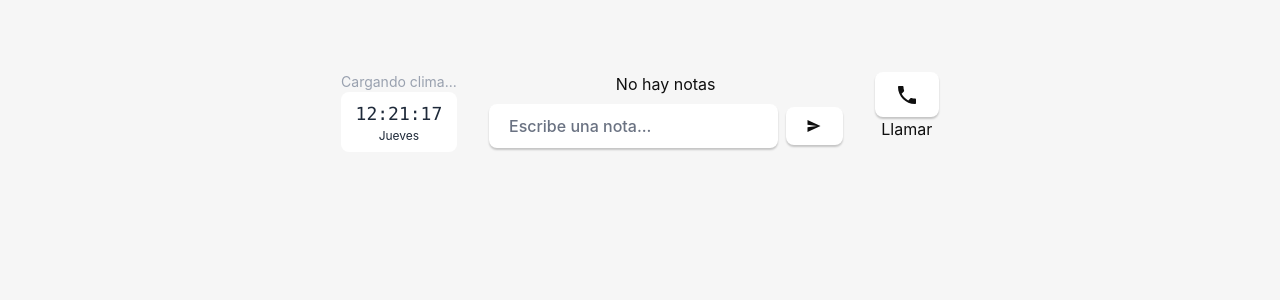
Repository: CodeByEvans/my-romantic-widget
Page: /
These files come from the project's save history. The page is drawn as it stood at one moment and after the next save; the edit follows.
The browser window is 1280 px wide. The pictures show the whole page.
The page's requests for data from a server got no answer. The project was rebuilt for these pictures with package versions that can differ from the ones it lists, and the page was loaded fresh each time. No one was signed in, and anything a server would have sent is missing. Also part of the build but not shown: vite.config.ts.

Above is the page before, as saved 2025-11-06 12:30:02.

### src/App.tsx
import "./App.css";
import CallButton from "./components/CallButton";
import { Clock } from "./components/Clock";
import { NoteInput } from "./components/NoteInput";
import { NotesList } from "./components/NotesList";
import { WeatherWidget } from "./components/WeatherWidget";

function App() {
  return (
    <main className="container mx-auto p-4">
      <section className="flex flex-row gap-8  max-w-4xl mx-auto">
        <div>
          <WeatherWidget />
          <Clock />
        </div>

        <div>
          <NotesList />
          <NoteInput />
        </div>
        <div>
          <CallButton />
        </div>
      </section>
    </main>
  );
}

export default App;

### src/App.css
@import "tailwindcss";

.logo.vite:hover {
  filter: drop-shadow(0 0 2em #747bff);
}

.logo.react:hover {
  filter: drop-shadow(0 0 2em #61dafb);
}
:root {
  font-family: Inter, Avenir, Helvetica, Arial, sans-serif;
  font-size: 16px;
  line-height: 24px;
  font-weight: 400;

  color: #0f0f0f;
  background-color: #f6f6f6;

  font-synthesis: none;
  text-rendering: optimizeLegibility;
  -webkit-font-smoothing: antialiased;
  -moz-osx-font-smoothing: grayscale;
  -webkit-text-size-adjust: 100%;
}

.container {
  margin: 0;
  padding-top: 10vh;
  display: flex;
  flex-direction: column;
  justify-content: center;
  text-align: center;
}

.logo {
  height: 6em;
  padding: 1.5em;
  will-change: filter;
  transition: 0.75s;
}

.logo.tauri:hover {
  filter: drop-shadow(0 0 2em #24c8db);
}

.row {
  display: flex;
  justify-content: center;
}

a {
  font-weight: 500;
  color: #646cff;
  text-decoration: inherit;
}

a:hover {
  color: #535bf2;
}

h1 {
  text-align: center;
}

input,
button {
  border-radius: 8px;
  border: 1px solid transparent;
  padding: 0.6em 1.2em;
  font-size: 1em;
  font-weight: 500;
  font-family: inherit;
  color: #0f0f0f;
  background-color: #ffffff;
  transition: border-color 0.25s;
  box-shadow: 0 2px 2px rgba(0, 0, 0, 0.2);
}

button {
  cursor: pointer;
}

button:hover {
  border-color: #396cd8;
}
button:active {
  border-color: #396cd8;
  background-color: #e8e8e8;
}

input,
button {
  outline: none;
}

#greet-input {
  margin-right: 5px;
}

@media (prefers-color-scheme: dark) {
  :root {
    color: #f6f6f6;
    background-color: #2f2f2f;
  }

  a:hover {
    color: #24c8db;
  }

  input,
  button {
    color: #ffffff;
    background-color: #0f0f0f98;
  }
  button:active {
    background-color: #0f0f0f69;
  }
}

### src/components/CallButton.tsx
import { IoMdCall } from "react-icons/io";

export const CallButton = () => {
  return (
    <>
      <button className="p-2 bg-blue-500 rounded-full text-white hover:bg-blue-600">
        <IoMdCall size={24} />
      </button>
      <p>Llamar</p>
    </>
  );
};

export default CallButton;

### src/components/Clock.tsx
import { useEffect, useState } from "react";

export const Clock = () => {
  const [time, setTime] = useState(new Date());

  useEffect(() => {
    const interval = setInterval(() => {
      setTime(new Date());
    }, 1000);

    return () => clearInterval(interval);
  }, []);

  const hours = time.getHours().toString().padStart(2, "0");
  const minutes = time.getMinutes().toString().padStart(2, "0");
  const seconds = time.getSeconds().toString().padStart(2, "0");

  const day = time.toLocaleDateString("es-ES", { weekday: "long" });
  const date = time.toLocaleDateString("es-ES", {
    day: "2-digit",
    month: "short",
    year: "numeric",
  });

  return (
    <div className="bg-white rounded-lg p-2 flex flex-col items-center text-gray-800">
      <p className="text-lg font-mono">
        {hours}:{minutes}:{seconds}
      </p>
      <p className="text-xs capitalize">{day}</p>
    </div>
  );
};

### src/components/NoteInput.tsx
import { IoMdSend } from "react-icons/io";

export const NoteInput = () => {
  return (
    <form className="flex items-center gap-2 mt-2">
      <input
        type="text"
        placeholder="Escribe una nota..."
        className="flex-1 text-sm px-2 py-1 rounded-lg bg-white/20 text-gray-800 placeholder-gray-500 focus:outline-none"
      />
      <button
        type="submit"
        className="p-2 bg-blue-500 rounded-full text-white hover:bg-blue-600"
      >
        <IoMdSend size={16} />
      </button>
    </form>
  );
};

### src/components/NotesList.tsx
import { useRealTimeNotes } from "../hooks/useRealTimeNotes";

export const NotesList = () => {
  const notes = useRealTimeNotes();

  const sortedNotes = [...notes].sort(
    (a, b) =>
      new Date(b.created_at).getTime() - new Date(a.created_at).getTime()
  );

  const noteToShow = sortedNotes[0];

  if (!noteToShow) return <div>No hay notas</div>;

  return (
    <div className="flex flex-col gap-1 p-3 bg-white rounded-lg">
      <div className="flex justify-between items-center mb-1">
        <h3 className="font-semibold text-gray-700">{noteToShow.from}</h3>
        <small className="text-[10px] text-gray-400">
          {new Date(noteToShow.created_at).toLocaleTimeString([], {
            hour: "2-digit",
            minute: "2-digit",
          })}
        </small>
      </div>
      <p className="text-sm text-gray-700">{noteToShow.message}</p>
    </div>
  );
};

### src/components/WeatherWidget.tsx
import { useWeather } from "../hooks/useWeather";

export const WeatherWidget = () => {
  const { data, loading, errorWeather } = useWeather();

  if (errorWeather)
    return <div className="text-sm text-red-400">{errorWeather}</div>;
  if (loading || !data)
    return <div className="text-sm text-gray-400">Cargando clima...</div>;

  const [city, info] = Object.entries(data)[0] || [];
  const temp = Math.round(info.main.temp);

  return (
    <div className="flex flex-col items-center justify-center bg-blue-100 bg-opacity-40 backdrop-blur-md rounded-xl p-3 shadow-sm">
      <h2 className="text-sm font-semibold text-gray-700">{city}</h2>
      <p className="text-3xl font-bold text-gray-800">{temp}°C</p>
    </div>
  );
};

export default WeatherWidget;

### src/hooks/useRealTimeNotes.ts
import { useEffect, useState } from "react";
import z from "zod";
import { supabase } from "../services/supabaseClient";

const noteSchema = z.object({
  id: z.number(),
  from: z.string(),
  message: z.string(),
  created_at: z.string(),
});

type Note = z.infer<typeof noteSchema>;

export const useRealTimeNotes = () => {
  const [notes, setNotes] = useState<Note[]>([]);

  useEffect(() => {
    // Cargar notas iniciales
    supabase
      .from<"notes", Note>("notes")
      .select("*")
      .then(({ data, error }) => {
        if (data) {
          setNotes(data);
          console.log("Notas cargadas:", data);
        } else {
          console.error("Error fetching notes:", error);
        }
      });

    // Suscripción en tiempo real
    const channel = supabase
      .channel("public:notes")
      .on(
        "postgres_changes",
        { event: "*", schema: "public", table: "notes" },
        (payload) => {
          console.log("Cambio dettectado:", payload);

          if (payload.eventType === "INSERT") {
            const newNote = noteSchema.parse(payload.new);
            setNotes((prevNotes) => [...prevNotes, newNote]);
            console.log("Nota añadida:", newNote);
          } else if (payload.eventType === "UPDATE") {
            setNotes((prev) =>
              prev.map((note) =>
                note.id === payload.new.id
                  ? noteSchema.parse(payload.new)
                  : note
              )
            );
          } else if (payload.eventType === "DELETE") {
            setNotes((prev) =>
              prev.filter((note) => note.id !== payload.old.id)
            );
          }
        }
      )
      .subscribe();

    return () => {
      supabase.removeChannel(channel);
    };
  }, []);

  return notes;
};

### src/hooks/useWeather.ts
import { useEffect, useState } from "react";
import {
  getCityByCoordinates,
  getWeatherByCity,
} from "../services/weatherService";
import { WeatherData } from "../types/weather";
import { useGeolocation } from "./useGeolocation";

export const useWeather = () => {
  const { coords, error } = useGeolocation();
  const [data, setData] = useState<Record<string, WeatherData> | null>(null);
  const [loading, setLoading] = useState<boolean>(false);
  const [errorWeather, setErrorWeather] = useState<string | null>(null);

  useEffect(() => {
    if (error) setErrorWeather(error);
  }, [error]);

  useEffect(() => {
    if (!coords) return;

    const fetchWeather = async () => {
      setLoading(true);
      try {
        const city = await getCityByCoordinates(
          coords.latitude,
          coords.longitude
        );
        const weather = await getWeatherByCity(city[0].name);
        setData({ [city[0].name]: weather });
      } catch (error) {
        console.error(error);
      } finally {
        setLoading(false);
      }
    };

    fetchWeather();
  }, [coords]);

  return { data, loading, errorWeather };
};

### src/services/supabaseClient.ts
import { createClient } from "@supabase/supabase-js";
import { envs } from "../config/envs";

export const supabase = createClient(envs.supabaseUrl, envs.supabaseAnonKey, {
  realtime: {
    params: {
      eventsPerSecond: 10,
    },
  },
});

### src/services/weatherService.ts
import { envs } from "../config/envs";

export const getWeatherByCity = async (city: string) => {
  const response = await fetch(
    `https://api.openweathermap.org/data/2.5/weather?q=${city}&appid=${envs.openWeatherApiKey}&units=metric`
  );

  if (!response.ok) {
    throw new Error("No se pudo obtener el clima");
  }
  return response.json();
};

export const getCityByCoordinates = async (lat: number, lon: number) => {
  const response = await fetch(
    `https://api.openweathermap.org/geo/1.0/reverse?lat=${lat}&lon=${lon}&limit=1&appid=${envs.openWeatherApiKey}`
  );

  if (!response.ok) {
    throw new Error("No se pudo obtener la ciudad");
  }

  return response.json();
};

### src/hooks/useGeolocation.ts
import { useEffect, useState } from "react";

export const useGeolocation = () => {
  const [coords, setCoords] = useState<{
    latitude: number;
    longitude: number;
  } | null>(null);
  const [error, setError] = useState<string | null>(null);

  useEffect(() => {
    if (!navigator.geolocation) {
      setError("Geolocalización no soportada por el navegador");
      return;
    }

    navigator.geolocation.getCurrentPosition(
      (position) => {
        setCoords({
          latitude: position.coords.latitude,
          longitude: position.coords.longitude,
        });
      },
      (err) => {
        setError(`Error obteniendo la geolocalización: ${err.message}`);
      }
    );
  }, []);

  return { coords, error };
};

### src/config/envs.ts
import * as z from "zod";

const envSchema = z.object({
  VITE_SUPABASE_URL: z.string().url(),
  VITE_SUPABASE_ANON_KEY: z.string().min(1),
  VITE_OPEN_WEATHER_API_KEY: z.string().min(1),
});

const parsed = envSchema.parse(import.meta.env);

export const envs = {
  supabaseUrl: parsed.VITE_SUPABASE_URL,
  supabaseAnonKey: parsed.VITE_SUPABASE_ANON_KEY,
  openWeatherApiKey: parsed.VITE_OPEN_WEATHER_API_KEY,
};

Loaded but not shown: index.html (common file); src/main.tsx (common file)

After the next save:
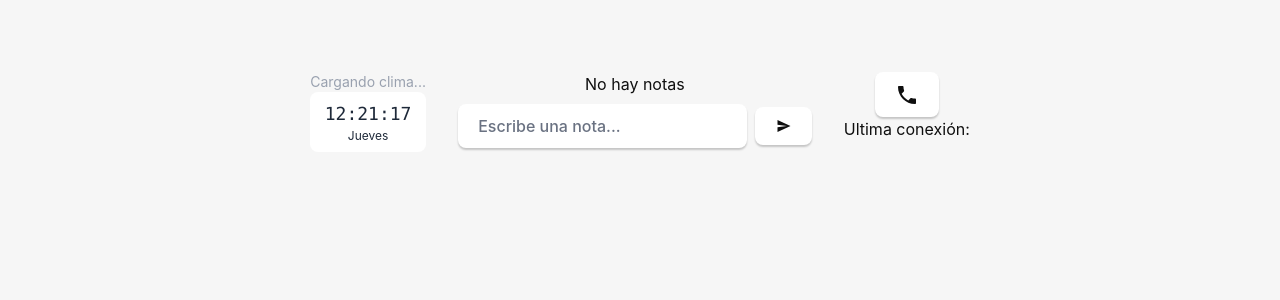
Saved 57 s later.
--- a/src/components/CallButton.tsx
+++ b/src/components/CallButton.tsx
@@ -2,12 +2,12 @@ import { IoMdCall } from "react-icons/io";
 
 export const CallButton = () => {
   return (
-    <>
+    <div>
       <button className="p-2 bg-blue-500 rounded-full text-white hover:bg-blue-600">
         <IoMdCall size={24} />
       </button>
-      <p>Llamar</p>
-    </>
+      <p>Ultima conexión: </p>
+    </div>
   );
 };
 
